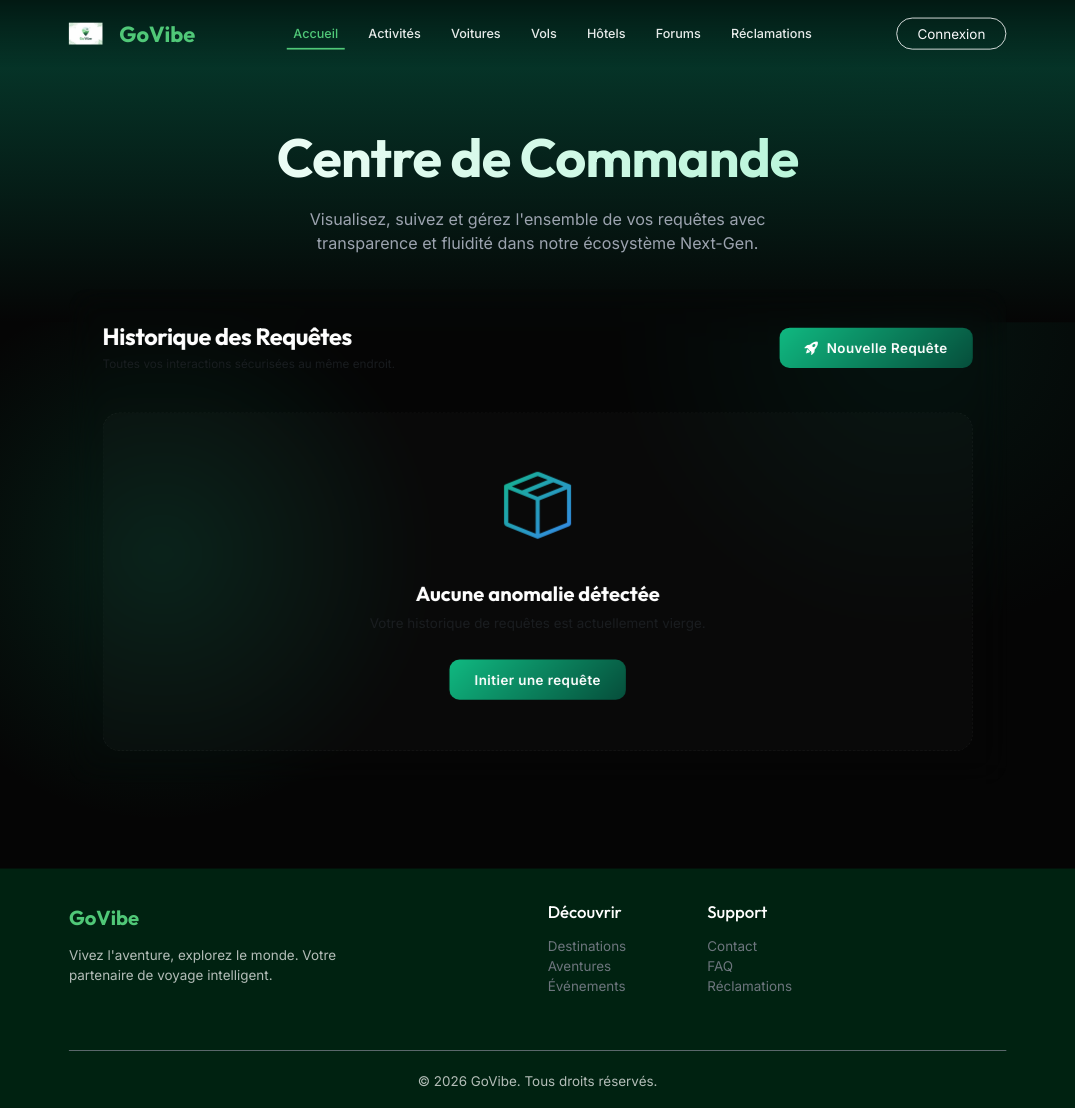
Repository: mohamedbenaoune25-crypto/Govibe-Symfony-project
Page: templates/reclamation/index.html.twig
The author's editor kept a copy of each file at every save. The page is drawn from the files as they stood at one save, then again after the next save.
The browser window is 1280 px wide. The pictures show the whole page, at 84% of full size.
The page is a Twig template of a Symfony application; nobody is signed in and links lead nowhere. The template is opened directly, without the code that normally fills it, so the values that code supplies are empty.

Above is the page before, as saved 2026-04-03 02:32:40.

### templates/reclamation/index.html.twig
{% extends 'base.html.twig' %}

{% block title %}Mes Réclamations - GoVibe{% endblock %}

{% block stylesheets %}
{{ parent() }}
<link href="https://unpkg.com/aos@2.3.1/dist/aos.css" rel="stylesheet" />
<style>
    :root {
        --glass-bg: rgba(255, 255, 255, 0.05);
        --glass-border: rgba(255, 255, 255, 0.1);
        --glass-shadow: 0 8px 32px 0 rgba(0, 0, 0, 0.3);
        --emerald-glow: rgba(16, 185, 129, 0.4);
    }

    body {
        background-color: #050505;
        background-image:
            radial-gradient(circle at 15% 50%, rgba(16, 185, 129, 0.15), transparent 25%),
            radial-gradient(circle at 85% 30%, rgba(6, 78, 59, 0.2), transparent 25%);
        color: #f3f4f6;
        font-family: 'Inter', sans-serif;
    }

    /* Hero header for reclamations */
    .reclamation-hero {
        position: relative;
        padding: 150px 0 80px;
        text-align: center;
        overflow: hidden;
    }

    .reclamation-hero::before {
        content: '';
        position: absolute;
        top: 0; left: 0; right: 0; bottom: 0;
        background: linear-gradient(180deg, rgba(6, 78, 59, 0.8) 0%, #050505 100%);
        z-index: -2;
    }

    .hero-title {
        font-size: 4rem;
        font-weight: 900;
        background: linear-gradient(to right, #ffffff, #A7F3D0);
        -webkit-background-clip: text;
        -webkit-text-fill-color: transparent;
        margin-bottom: 20px;
        letter-spacing: -1px;
    }

    .hero-subtitle {
        font-size: 1.2rem;
        color: #9CA3AF;
        max-width: 600px;
        margin: 0 auto;
    }

    /* Dashboard Glass Container */
    .dashboard-glass {
        background: var(--glass-bg);
        backdrop-filter: blur(20px);
        -webkit-backdrop-filter: blur(20px);
        border: 1px solid var(--glass-border);
        border-radius: 24px;
        box-shadow: var(--glass-shadow);
        padding: 40px;
        margin-top: -40px;
        position: relative;
        z-index: 10;
        margin-bottom: 100px;
        transition: transform 0.4s ease, box-shadow 0.4s ease;
    }

    .dashboard-glass:hover {
        transform: translateY(-5px);
        box-shadow: 0 15px 45px rgba(16, 185, 129, 0.15);
        border-color: rgba(16, 185, 129, 0.3);
    }

    /* New Reclamation Button */
    .btn-cyber {
        background: linear-gradient(135deg, #10B981, #064E3B);
        color: white;
        border: none;
        border-radius: 12px;
        padding: 12px 30px;
        font-weight: 700;
        letter-spacing: 0.5px;
        transition: all 0.3s ease;
        box-shadow: 0 10px 20px var(--emerald-glow);
        text-decoration: none;
        display: inline-flex;
        align-items: center;
        gap: 10px;
    }

    .btn-cyber:hover {
        transform: translateY(-3px) scale(1.02);
        box-shadow: 0 15px 30px rgba(16, 185, 129, 0.6);
        color: white;
    }

    /* Glass Table */
    .glass-table {
        width: 100%;
        border-collapse: separate;
        border-spacing: 0 15px;
        margin-top: 20px;
    }

    .glass-table th {
        color: #9CA3AF;
        font-weight: 600;
        text-transform: uppercase;
        font-size: 0.85rem;
        letter-spacing: 1px;
        padding: 0 20px 10px;
        border: none;
    }

    .glass-table td {
        background: rgba(255, 255, 255, 0.03);
        padding: 20px;
        vertical-align: middle;
        color: #E5E7EB;
        transition: all 0.3s ease;
        border-top: 1px solid rgba(255,255,255,0.05);
        border-bottom: 1px solid rgba(255,255,255,0.05);
    }

    .glass-table tr td:first-child {
        border-radius: 16px 0 0 16px;
        border-left: 1px solid rgba(255,255,255,0.05);
    }

    .glass-table tr td:last-child {
        border-radius: 0 16px 16px 0;
        border-right: 1px solid rgba(255,255,255,0.05);
    }

    .glass-table tbody tr {
        transition: all 0.3s ease;
    }

    .glass-table tbody tr:hover td {
        background: rgba(16, 185, 129, 0.08);
        border-color: rgba(16, 185, 129, 0.3);
        transform: scale(1.01);
    }

    /* Status Badges - Cyberpunk style */
    .cyber-badge {
        padding: 8px 16px;
        border-radius: 50px;
        font-size: 0.75rem;
        font-weight: 700;
        letter-spacing: 1px;
        text-transform: uppercase;
        box-shadow: 0 0 10px rgba(0,0,0,0.5);
    }

    .status-en-attente {
        background: rgba(245, 158, 11, 0.1);
        color: #FCD34D;
        border: 1px solid #F59E0B;
        box-shadow: 0 0 15px rgba(245, 158, 11, 0.2);
    }

    .status-traitee {
        background: rgba(16, 185, 129, 0.1);
        color: #6EE7B7;
        border: 1px solid #10B981;
        box-shadow: 0 0 15px rgba(16, 185, 129, 0.2);
    }

    .status-refusee {
        background: rgba(239, 68, 68, 0.1);
        color: #FCA5A5;
        border: 1px solid #EF4444;
        box-shadow: 0 0 15px rgba(239, 68, 68, 0.2);
    }

    /* Custom Scrollbar for table */
    .table-responsive::-webkit-scrollbar {
        height: 6px;
    }
    .table-responsive::-webkit-scrollbar-track {
        background: rgba(255,255,255,0.05);
        border-radius: 10px;
    }
    .table-responsive::-webkit-scrollbar-thumb {
        background: rgba(16, 185, 129, 0.5);
        border-radius: 10px;
    }

    /* Empty State */
    .empty-cyber {
        text-align: center;
        padding: 60px 20px;
        background: rgba(255,255,255,0.02);
        border-radius: 20px;
        border: 1px dashed rgba(255,255,255,0.05);
    }

    .empty-cyber i {
        font-size: 5rem;
        background: linear-gradient(135deg, #10B981, #3B82F6);
        -webkit-background-clip: text;
        -webkit-text-fill-color: transparent;
        margin-bottom: 20px;
        display: inline-block;
        animation: floatImg 4s ease-in-out infinite;
    }

    @keyframes floatImg {
        0%, 100% { transform: translateY(0); }
        50% { transform: translateY(-10px); }
    }
</style>
{% endblock %}

{% block body %}
    <!-- Hero Section -->
    <div class="reclamation-hero">
        <div class="container" data-aos="zoom-in" data-aos-duration="1000">
            <h1 class="hero-title">Centre de Commande</h1>
            <p class="hero-subtitle">Visualisez, suivez et gérez l'ensemble de vos requêtes avec transparence et fluidité dans notre écosystème Next-Gen.</p>
        </div>
    </div>

    <!-- Main Dashboard -->
    <div class="container">
        <div class="dashboard-glass" data-aos="fade-up" data-aos-delay="200" data-aos-duration="1000">

            <div class="d-flex flex-column flex-md-row justify-content-between align-items-center mb-5">
                <div>
                    <h3 style="font-weight: 800; color: white; margin:0; letter-spacing: -0.5px;">Historique des Requêtes</h3>
                    <p class="text-muted small mt-1 mb-0">Toutes vos interactions sécurisées au même endroit.</p>
                </div>
                <div class="mt-4 mt-md-0">
                    <a href="{{ path('app_reclamation_new') }}" class="btn-cyber">
                        <i class="bi bi-rocket-takeoff-fill"></i> Nouvelle Requête
                    </a>
                </div>
            </div>

            {% for message in app.flashes('success') %}
                <div class="alert alert-success border-0 rounded-4 mb-4" style="background: rgba(16, 185, 129, 0.2); color: #A7F3D0; border: 1px solid #10B981;" data-aos="fade-in">
                    <i class="bi bi-check-circle-fill me-2"></i> {{ message }}
                </div>
            {% endfor %}

            {% if reclamations|length > 0 %}
            <div class="table-responsive">
                <table class="glass-table">
                    <thead>
                        <tr>
                            <th>Chronologie</th>
                            <th>Objet de la Requête</th>
                            <th class="text-center">État du Traitement</th>
                        </tr>
                    </thead>
                    <tbody>
                    {% for rec in reclamations %}
                        <tr data-aos="fade-up" data-aos-delay="{{ loop.index * 100 }}">
                            <td style="width: 20%;">
                                <div style="color: #10B981; font-weight: 700; font-size: 1.1rem;">{{ rec.dateEnvoi ? rec.dateEnvoi|date('d M Y') : '' }}</div>
                                <div class="text-muted small"><i class="bi bi-clock"></i> {{ rec.dateEnvoi ? rec.dateEnvoi|date('H:i') : '' }}</div>
                            </td>
                            <td style="width: 55%;">
                                <div class="fw-bold mb-1" style="color: white; font-size: 1.1rem;">{{ rec.sujet }}</div>
                                <div class="text-muted small text-truncate" style="max-width: 400px; line-height: 1.5;">{{ rec.message }}</div>
                            </td>
                            <td class="text-center" style="width: 25%;">
                                {% if rec.status|lower == 'en attente' or rec.status|lower == 'en_attente' %}
                                    <span class="cyber-badge status-en-attente">
                                        <i class="bi bi-hourglass-split me-1"></i> En Attente
                                    </span>
                                {% elseif rec.status|lower == 'traitee' or rec.status|lower == 'traitée' %}
                                    <span class="cyber-badge status-traitee">
                                        <i class="bi bi-check2-all me-1"></i> Traitée
                                    </span>
                                {% else %}
                                    <span class="cyber-badge status-refusee">
                                        <i class="bi bi-x-octagon me-1"></i> {{ rec.status }}
                                    </span>
                                {% endif %}
                            </td>
                        </tr>
                    {% endfor %}
                    </tbody>
                </table>
            </div>
            {% else %}
                <div class="empty-cyber" data-aos="zoom-in" data-aos-delay="300">
                    <i class="bi bi-box-seam"></i>
                    <h4 style="color: white; font-weight: 700;">Aucune anomalie détectée</h4>
                    <p class="text-muted">Votre historique de requêtes est actuellement vierge.</p>
                    <a href="{{ path('app_reclamation_new') }}" class="btn-cyber mt-3">Initier une requête</a>
                </div>
            {% endif %}
        </div>
    </div>
{% endblock %}

{% block javascripts %}
{{ parent() }}
<script src="https://unpkg.com/aos@2.3.1/dist/aos.js"></script>
<script>
    document.addEventListener('DOMContentLoaded', function() {
        AOS.init({
            once: true,
            offset: 50
        });
    });
</script>
{% endblock %}

### templates/base.html.twig
<!DOCTYPE html>
<html lang="fr">
<head>
    <meta charset="UTF-8">
    <meta name="viewport" content="width=device-width, initial-scale=1.0">
    <title>{% block title %}GoVibe{% endblock %}</title>

    <!-- Fonts -->
    <link rel="preconnect" href="https://fonts.googleapis.com">
    <link rel="preconnect" href="https://fonts.gstatic.com" crossorigin>
    <link href="https://fonts.googleapis.com/css2?family=Outfit:wght@300;400;500;600;700&family=Inter:wght@300;400;500;600&display=swap" rel="stylesheet">

    <!-- Bootstrap CSS -->
    <link href="https://cdn.jsdelivr.net/npm/bootstrap@5.3.2/dist/css/bootstrap.min.css" rel="stylesheet">
    <!-- Bootstrap Icons -->
    <link rel="stylesheet" href="https://cdn.jsdelivr.net/npm/bootstrap-icons@1.11.1/font/bootstrap-icons.css">

    <style>
        :root {
            --primary-emerald: #50C878;
            --dark-green: #013220;
            --mid-green: #084E36;
            --light-green: #2E8B57;
            --bg-creme: #F5F3E7;
            --bg-footer: #002211;
        }

        body {
            font-family: 'Inter', sans-serif;
            background-color: var(--bg-creme);
            color: #333;
            padding-top: 0;
        }

        h1, h2, h3, h4, h5, h6 { font-family: 'Outfit', sans-serif; }

        /* --- Floating Header Navbar --- */
        .govibe-navbar {
            position: absolute;
            top: 0; left: 0; width: 100%; z-index: 1030;
            background: linear-gradient(180deg, rgba(0,0,0,0.6) 0%, rgba(0,0,0,0) 100%);
            padding: 15px 0; transition: all 0.3s ease;
        }

        .govibe-navbar.scrolled {
            position: fixed; background: var(--dark-green);
            box-shadow: 0 4px 20px rgba(0,0,0,0.2); padding: 10px 0;
        }

        .navbar-brand { font-family: 'Outfit', sans-serif; font-weight: 700; font-size: 26px; color: var(--primary-emerald) !important; display: flex; align-items: center; gap: 10px; }
        .brand-logo-circle { width: 40px; height: 40px; border-radius: 50%; background: linear-gradient(135deg, var(--primary-emerald), var(--light-green)); display: flex; align-items: center; justify-content: center; color: white; font-size: 18px; }

        .nav-link { color: rgba(255, 255, 255, 0.9) !important; font-weight: 500; font-size: 15px; margin: 0 10px; transition: all 0.2s ease; position: relative; }
        .nav-link:hover, .nav-link.active { color: var(--primary-emerald) !important; }
        .nav-link::after { content: ''; position: absolute; bottom: 0; left: 50%; transform: translateX(-50%); width: 0; height: 2px; background-color: var(--primary-emerald); transition: width 0.3s ease; }
        .nav-link:hover::after, .nav-link.active::after { width: 100%; }

        /* User Menu */
        .user-dropdown-btn { background: rgba(255, 255, 255, 0.1); border: 1px solid rgba(255, 255, 255, 0.2); color: white; border-radius: 30px; padding: 6px 16px 6px 6px; display: flex; align-items: center; gap: 10px; transition: all 0.2s ease; }
        .user-dropdown-btn:hover { background: rgba(255, 255, 255, 0.2); color: white; }
        .user-avatar { width: 32px; height: 32px; border-radius: 50%; background: var(--primary-emerald); display: flex; align-items: center; justify-content: center; font-weight: bold; color: white; }

        /* --- Global Footer --- */
        .govibe-footer { background-color: var(--bg-footer); color: rgba(255, 255, 255, 0.7); padding: 40px 0 20px; margin-top: 60px; }
        .footer-brand { color: var(--primary-emerald); font-family: 'Outfit', sans-serif; font-size: 24px; font-weight: 700; margin-bottom: 15px; display: block; }

        {% block stylesheets %}{% endblock %}
    </style>
</head>
<body>

    <nav class="navbar navbar-expand-lg govibe-navbar" id="mainNav">
        <div class="container">
            <a class="navbar-brand" href="{{ path('app_user_home') }}">
                <img src="{{ asset('images/logo.png') }}" alt="GV" style="width: 40px; height: 40px; object-fit: contain; margin-right: 10px;"> GoVibe
            </a>
            <button class="navbar-toggler" type="button" data-bs-toggle="collapse" data-bs-target="#navbarNav">
                <i class="bi bi-list text-white fs-2"></i>
            </button>
            <div class="collapse navbar-collapse" id="navbarNav">
                <ul class="navbar-nav mx-auto">
                    <li class="nav-item"><a class="nav-link active" href="{{ path('app_user_home') }}">Accueil</a></li>
                    <li class="nav-item"><a class="nav-link" href="#">Activités</a></li>
                    <li class="nav-item"><a class="nav-link" href="#">Voitures</a></li>
                    <li class="nav-item"><a class="nav-link" href="#">Vols</a></li>
                    <li class="nav-item"><a class="nav-link" href="#">Hôtels</a></li>
                    <li class="nav-item"><a class="nav-link" href="{{ path('app_poste_index') }}">Forums</a></li>
                    <li class="nav-item"><a class="nav-link" href="{{ path('app_reclamation_index') }}">Réclamations</a></li>
                </ul>
                <div class="d-flex align-items-center">
                    {% if app.user %}
                        <div class="dropdown">
                            <button class="btn user-dropdown-btn dropdown-toggle" type="button" data-bs-toggle="dropdown">
                                <div class="user-avatar">{{ app.user.prenom|first|upper }}</div>
                                <span>{{ app.user.prenom }}</span>
                            </button>
                            <ul class="dropdown-menu dropdown-menu-end shadow border-0 rounded-3 mt-2">
                                <li><a class="dropdown-item" href="{{ path('app_user_profile') }}"><i class="bi bi-person me-2"></i> Mon Profil</a></li>
                                <li><hr class="dropdown-divider"></li>
                                <li><a class="dropdown-item text-danger" href="{{ path('app_logout') }}"><i class="bi bi-box-arrow-right me-2"></i> Déconnexion</a></li>
                            </ul>
                        </div>
                    {% else %}
                        <a href="{{ path('app_login') }}" class="btn btn-outline-light rounded-pill px-4">Connexion</a>
                    {% endif %}
                </div>
            </div>
        </div>
    </nav>

    {% block body %}{% endblock %}

    <footer class="govibe-footer">
        <div class="container">
            <div class="row g-4">
                <div class="col-lg-4">
                    <span class="footer-brand">GoVibe</span>
                    <p>Vivez l'aventure, explorez le monde. Votre partenaire de voyage intelligent.</p>
                </div>
                <div class="col-lg-2 offset-lg-2">
                    <h5 class="text-white mb-3">Découvrir</h5>
                    <ul class="list-unstyled">
                        <li><a href="#" class="text-decoration-none text-secondary">Destinations</a></li>
                        <li><a href="#" class="text-decoration-none text-secondary">Aventures</a></li>
                        <li><a href="#" class="text-decoration-none text-secondary">Événements</a></li>
                    </ul>
                </div>
                <div class="col-lg-2">
                    <h5 class="text-white mb-3">Support</h5>
                    <ul class="list-unstyled">
                        <li><a href="#" class="text-decoration-none text-secondary">Contact</a></li>
                        <li><a href="#" class="text-decoration-none text-secondary">FAQ</a></li>
                        <li><a href="{{ path('app_reclamation_index') }}" class="text-decoration-none text-secondary">Réclamations</a></li>
                    </ul>
                </div>
            </div>
            <div class="border-top border-secondary mt-5 pt-4 text-center">
                <p class="mb-0">&copy; 2026 GoVibe. Tous droits réservés.</p>
            </div>
        </div>
    </footer>

    <script src="https://cdn.jsdelivr.net/npm/bootstrap@5.3.2/dist/js/bootstrap.bundle.min.js"></script>
    <script>
        document.addEventListener("DOMContentLoaded", function() {
            var navbar = document.getElementById("mainNav");
            window.addEventListener("scroll", function() {
                if (window.scrollY > 50) {
                    navbar.classList.add("scrolled");
                } else {
                    navbar.classList.remove("scrolled");
                }
            });
        });
    </script>
    {% block javascripts %}{% endblock %}
</body>
</html>

After the next save:
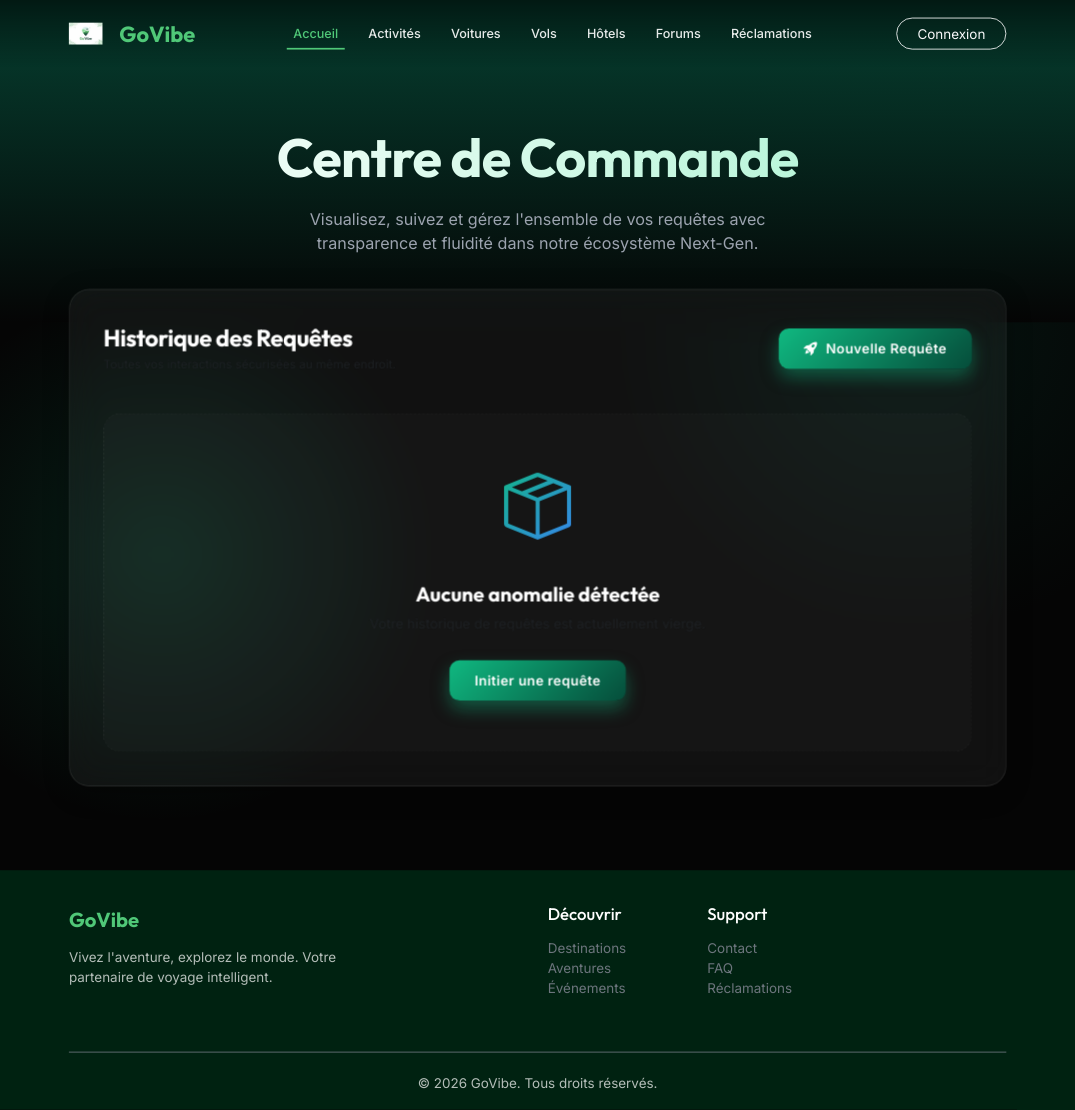
Saved 95 s later.
--- a/templates/base.html.twig
+++ b/templates/base.html.twig
@@ -63,9 +63,8 @@
         /* --- Global Footer --- */
         .govibe-footer { background-color: var(--bg-footer); color: rgba(255, 255, 255, 0.7); padding: 40px 0 20px; margin-top: 60px; }
         .footer-brand { color: var(--primary-emerald); font-family: 'Outfit', sans-serif; font-size: 24px; font-weight: 700; margin-bottom: 15px; display: block; }
-
-        {% block stylesheets %}{% endblock %}
     </style>
+    {% block stylesheets %}{% endblock %}
 </head>
 <body>
 
